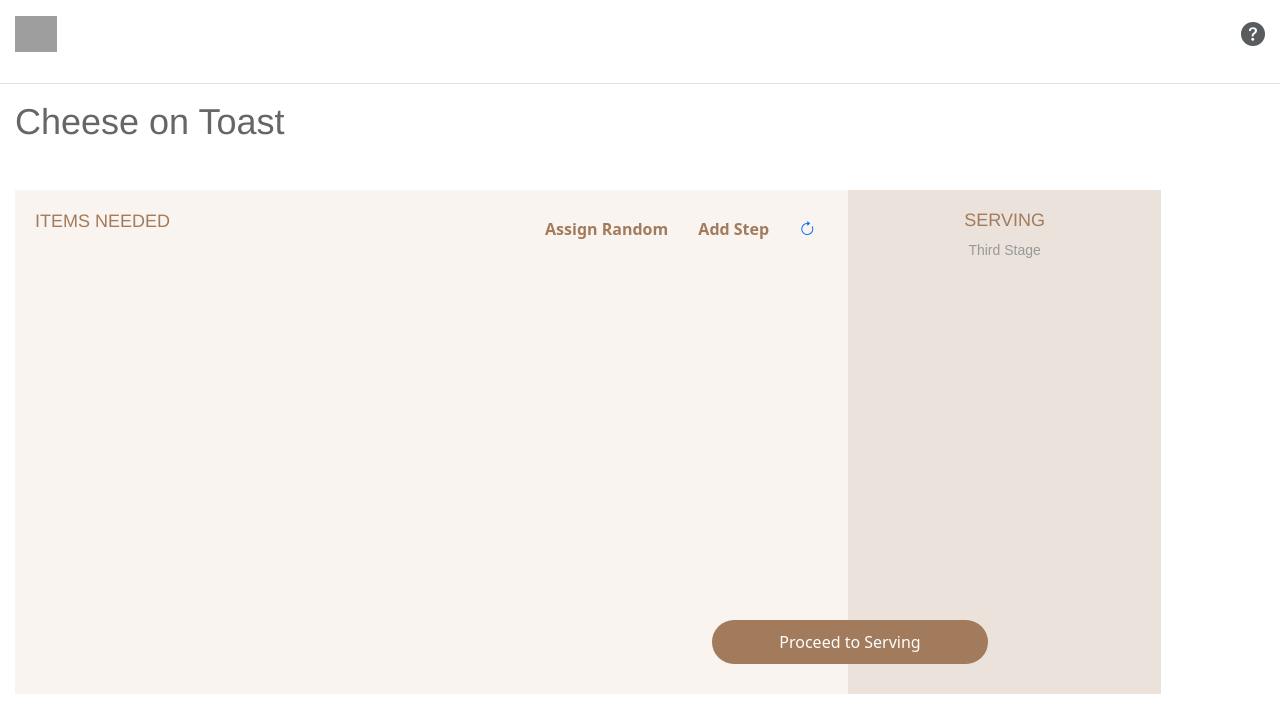
Repository: devashrisamani/SMC
Page: assign.html
These files come from the project's save history. The page is drawn as it stood at one moment and after the next save; the edit follows.
The browser window is 1280 px wide. The pictures show the whole page.
Pictures or frames that could not be fetched are drawn as grey boxes.

Above is the page before, as saved 2024-10-09 23:08:23.

After the next save:
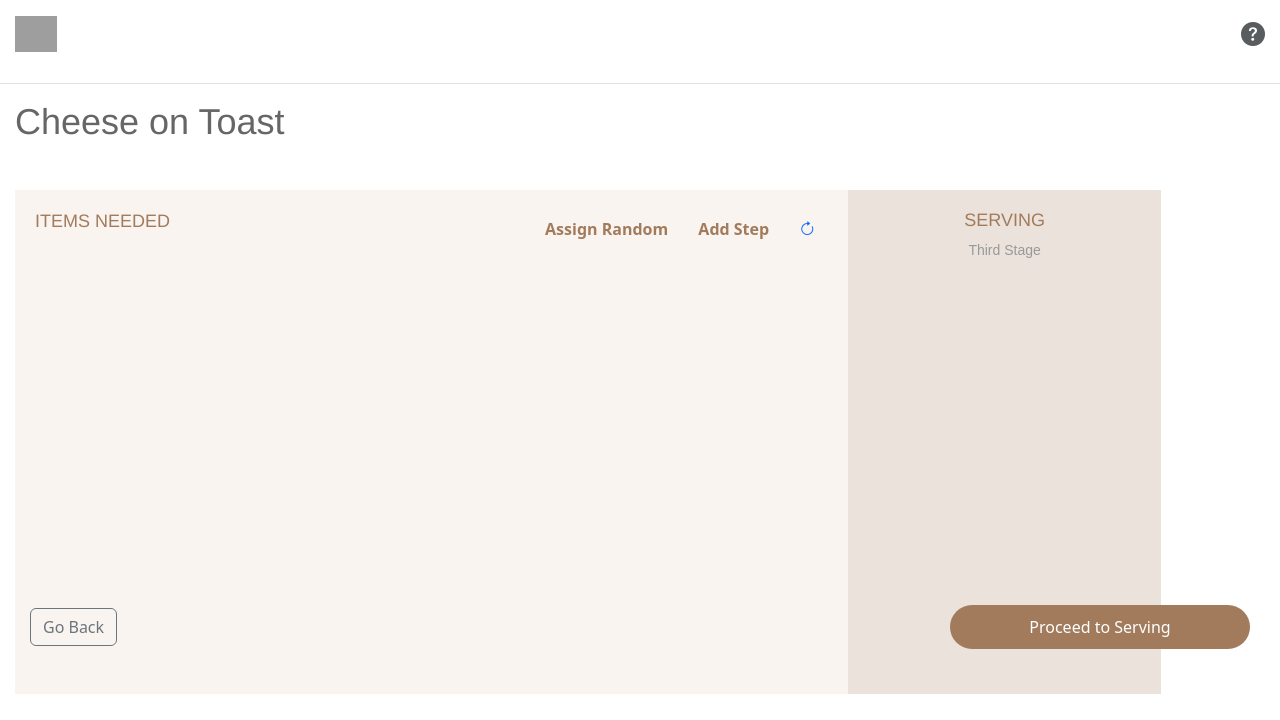
Saved 3 min 3 s later.
--- a/assign.html
+++ b/assign.html
@@ -62,20 +62,18 @@
           </ul>
         </div>
 
-        <!-- Second Rectangle: Cooking -->
-        <!-- <div class="col-md-3 rectangle cooking">
-          <h5>COOKING</h5>
-          <p>Second Stage</p>
-        </div> -->
-
         <!-- Third Rectangle: Serving -->
         <div class="col-md-3 rectangle serving">
           <h5>SERVING</h5>
           <p>Third Stage</p>
         </div>
 
-        <!-- Button inside both Cooking and Serving -->
-        <div class="proceed-btn-wrapper position-absolute">
+        <!-- Buttons (Go Back and Proceed to Serving) -->
+        <div
+          class="d-flex justify-content-between w-100 position-absolute"
+          style="bottom: 30px; left: 0; padding: 0 15px"
+        >
+          <button class="btn btn-outline-secondary go-back-btn">Go Back</button>
           <button class="btn btn-primary proceed-btn">
             Proceed to Serving
           </button>

After the save that followed:
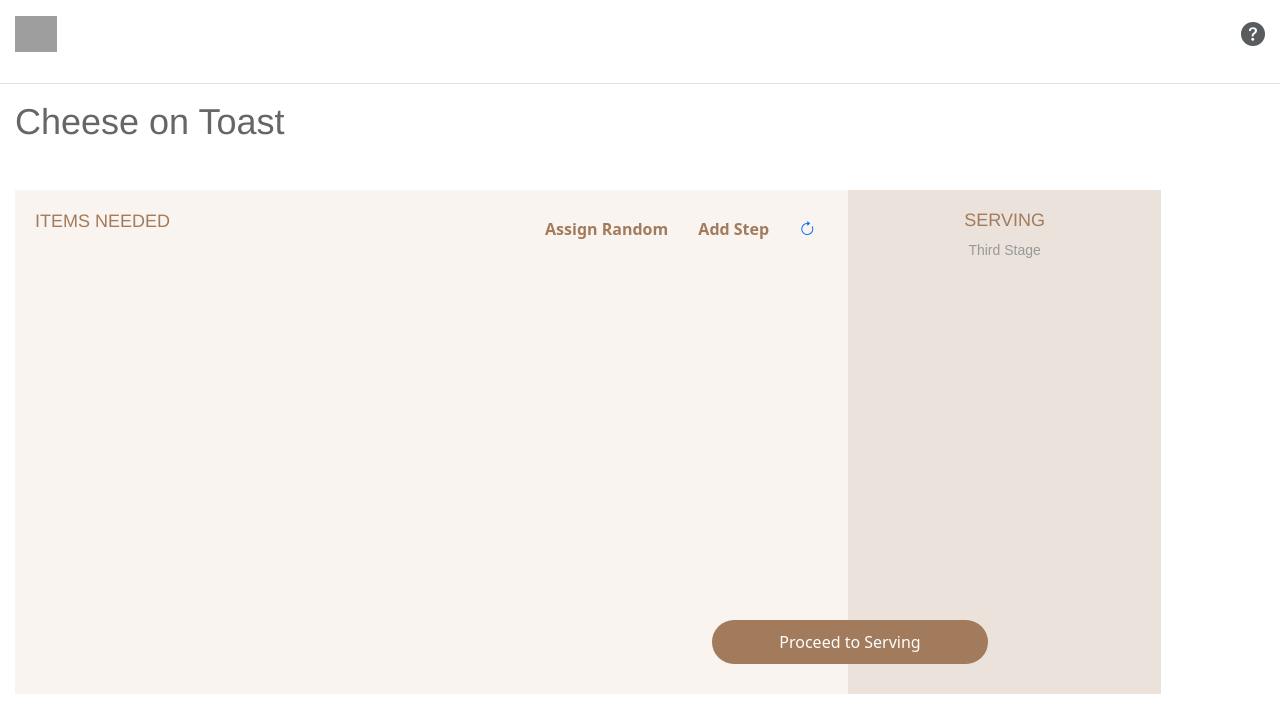
Saved 56 s later.
--- a/assign.html
+++ b/assign.html
@@ -68,12 +68,8 @@
           <p>Third Stage</p>
         </div>
 
-        <!-- Buttons (Go Back and Proceed to Serving) -->
-        <div
-          class="d-flex justify-content-between w-100 position-absolute"
-          style="bottom: 30px; left: 0; padding: 0 15px"
-        >
-          <button class="btn btn-outline-secondary go-back-btn">Go Back</button>
+        <!-- Button inside both Cooking and Serving -->
+        <div class="proceed-btn-wrapper position-absolute">
           <button class="btn btn-primary proceed-btn">
             Proceed to Serving
           </button>
